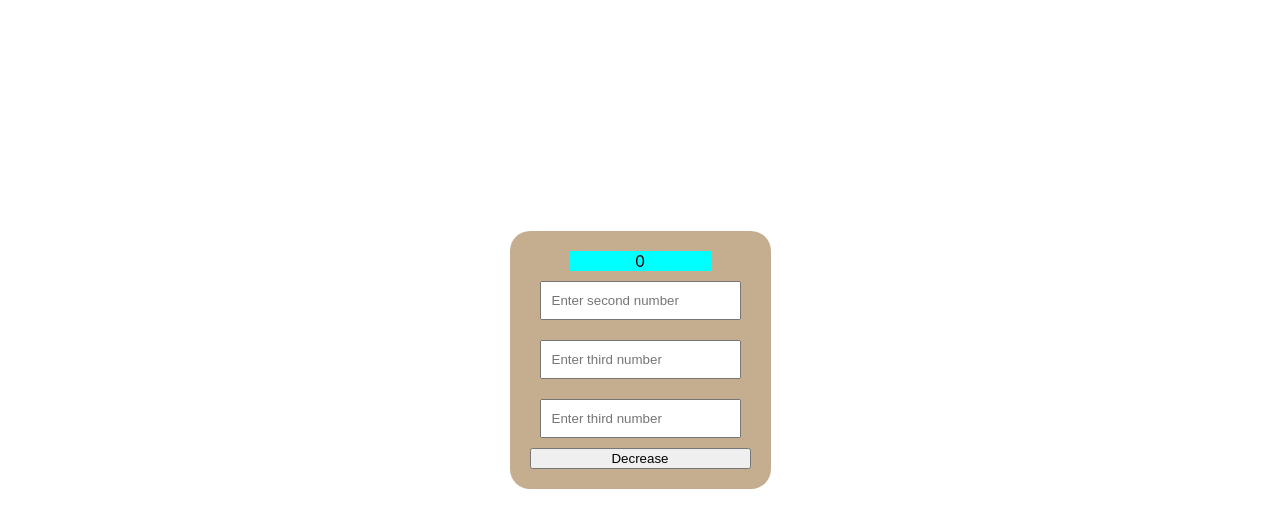
Repository: purnimapatel/SI-calculator
Page: /
These files come from the project's save history. The page is drawn as it stood at one moment and after the next save; the edit follows.
The browser window is 1280 px wide. The pictures show the whole page.
The project was rebuilt for these pictures with package versions that can differ from the ones it lists, and the page was loaded fresh each time.

Above is the page before, as saved 2024-08-26 11:36:12.

After the next save:
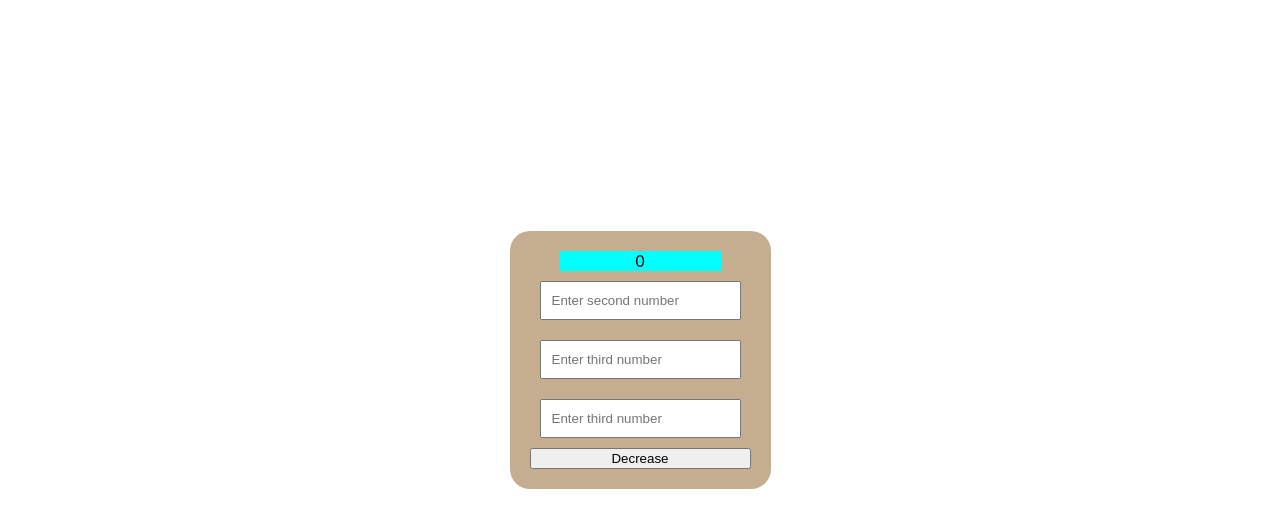
Saved 6 s later.
--- a/src/App.css
+++ b/src/App.css
@@ -26,7 +26,7 @@
   display: flex;
   text-align: center;
   justify-content: center;
-  margin:0px 40px;
+  margin:0px 30px;
   background-color:aqua;
 
 }
